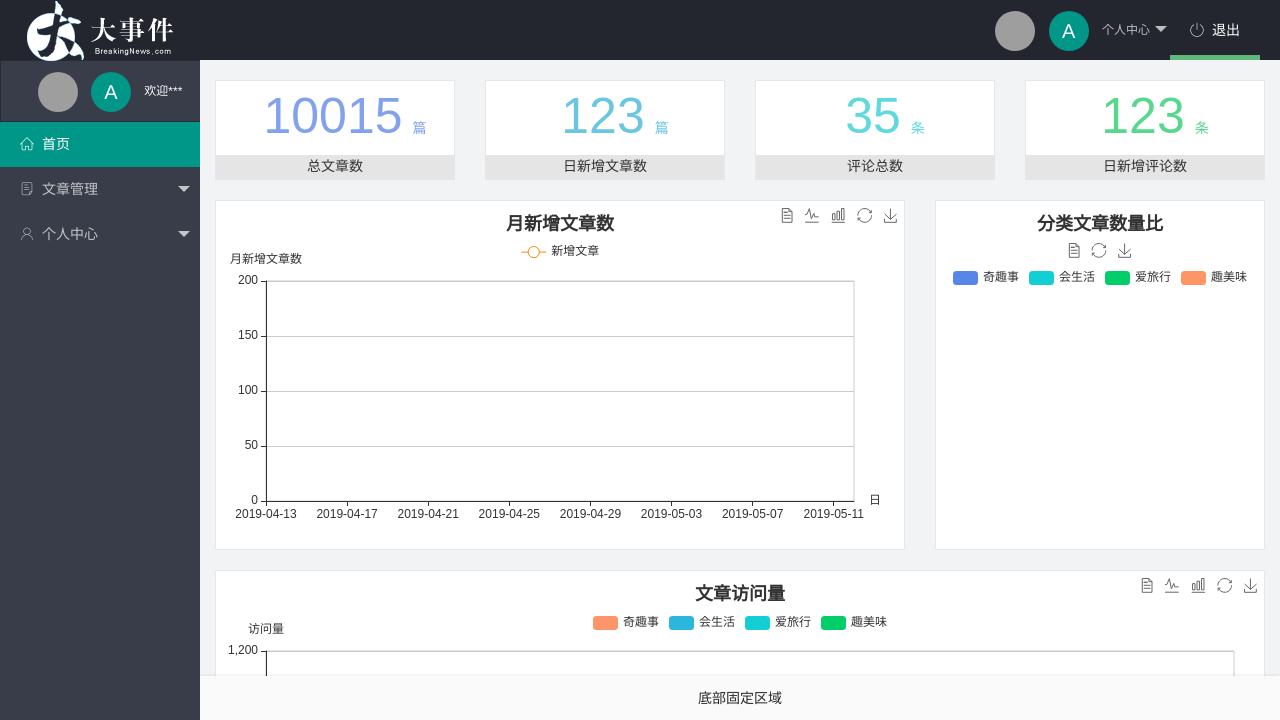
Repository: 1zhoukexin/web_aad
Page: index.html
These files come from the project's save history. The page is drawn as it stood at one moment and after the next save; the edit follows.
The browser window is 1280 px wide. The pictures show the whole page.
After loading, the first visible `#btnLogout` was clicked once.
Pictures or frames that could not be fetched are drawn as grey boxes.

Above is the page before, as saved 2021-04-16 22:02:39.

### index.html
<!DOCTYPE html>
<html>

<head>
    <meta charset="utf-8">
    <meta name="viewport" content="width=device-width, initial-scale=1, maximum-scale=1">
    <title>后台主页</title>
    <link rel="stylesheet" href="/assets/fonts/iconfont.css">
    <link rel="stylesheet" href="./assets/lib/layui/css/layui.css">
    <link rel="stylesheet" href="/assets/css/index.css">


</head>

<body>
    <div class="layui-layout layui-layout-admin">
        <div class="layui-header">
            <div class="layui-logo">
                <img src="/assets/images/logo.png" alt="">
            </div>
            <!-- 头部区域（可配合layui 已有的水平导航） -->

            <ul class="layui-nav layui-layout-right">
                <li class="layui-nav-item">
                    <a href="javascript:;" class="userinfo">
                        <img src="//tva1.sinaimg.cn/crop.0.0.118.118.180/5db11ff4gw1e77d3nqrv8j203b03cweg.jpg" class="layui-nav-img">
                        <span class="text-avatar">A</span> 个人中心
                    </a>
                    <dl class="layui-nav-child">
                        <dd><a href="">基本资料</a></dd>
                        <dd><a href="">更换头像</a></dd>
                        <dd><a href="">重置密码</a></dd>
                    </dl>
                </li>
                <li class="layui-nav-item">
                    <a href="javascript:;" id="btnLogout">
                        <span class="iconfont icon-tuichu"></span>退出</a>
                </li>
            </ul>
        </div>

        <div class="layui-side layui-bg-black">
            <div class="layui-side-scroll">
                <!-- 左侧导航区域（可配合layui已有的垂直导航） -->
                <div class="userinfo">
                    <img src="//tva1.sinaimg.cn/crop.0.0.118.118.180/5db11ff4gw1e77d3nqrv8j203b03cweg.jpg" class="layui-nav-img">
                    <span class="text-avatar">A</span>
                    <span id="welcome">欢迎***</span>
                </div>
                <ul class="layui-nav layui-nav-tree" lay-shrink="all">

                    <li class="layui-nav-item layui-this">
                        <a href="/home/dashboard.html" target="fm">
                            <span class="iconfont icon-home "></span>首页</a>
                    </li>
                    <li class="layui-nav-item">
                        <a class="" href="javascript:;">
                            <span class="iconfont icon-16"></span>文章管理</a>
                        <dl class="layui-nav-child">
                            <dd>
                                <a href="javascript:;">
                                    <i class="layui-icon layui-icon-app"></i> 文章类别</a>
                            </dd>
                            <dd>
                                <a href="javascript:;">
                                    <i class="layui-icon layui-icon-app"></i> 文章列表</a>
                            </dd>
                            <dd>
                                <a href="javascript:;">
                                    <i class="layui-icon layui-icon-app"></i> 发布文章</a>
                            </dd>

                        </dl>
                    </li>
                    <li class="layui-nav-item">
                        <a href="javascript:;">
                            <span class="iconfont icon-user"></span>个人中心</a>
                        <dl class="layui-nav-child">
                            <dd><a href="javascript:;">基本资料</a></dd>
                            <dd><a href="javascript:;">更换头像</a></dd>
                            <dd><a href="javascript:;">重置密码</a></dd>

                        </dl>
                    </li>


                </ul>
            </div>
        </div>

        <div class="layui-body">
            <!-- 内容主体区域 -->
            <iframe name="fm" src="/home/dashboard.html" frameborder="0"></iframe>
        </div>

        <div class="layui-footer">
            <!-- 底部固定区域 -->
            底部固定区域
        </div>
    </div>
    <script src="/assets/lib/layui/layui.js"></script>
    <script src="/assets/lib/jquery.js"></script>
    <script src="/assets/js/baseAPI.js"></script>
    <script src="/assets/js/index.js"></script>
</body>

</html>

### assets/css/index.css
.layui-footer {
    text-align: center;
}

.iconfont {
    margin-right: 8px;
}

.layui-icon {
    margin-right: 8px;
    margin-left: 8px;
}

iframe {
    width: 100%;
    height: 100%;
}

.layui-body {
    overflow: hidden;
}

a {
    transition: none !important;
}

.userinfo {
    height: 60px;
    line-height: 60px;
    text-align: center;
    font-size: 12px;
    user-select: none;
}

.layui-side-scroll .userinfo {
    border: solid 1px #282b33;
}

.layui-nav-img {
    width: 40px;
    height: 40px;
}

.text-avatar {
    display: inline-block;
    width: 40px;
    height: 40px;
    background-color: #009688;
    border-radius: 50%;
    line-height: 40px;
    text-align: center;
    font-size: 20px;
    color: #fff;
    position: relative;
    top: 4px;
    margin-right: 10px;
}

### assets/js/baseAPI.js
$.ajaxPrefilter(function(options) {
    options.url = 'http://ajax.frontend.itheima.net' + options.url
        //统一为有权限的接口 设置头

    if (options.url.indeOf('/my/') !== -1) {
        options.headers = {
            Authorization: localStorage.getItem('token') || ''
        }
    }
})

### assets/js/index.js
$(function() {
    $('#btnLogout').on('click', function() {
        console.log(1);
    })
})



// 获取用户基本信息
function getUserInfo() {
    $.ajax({
        method: 'GET',
        url: '/my/userinfo',
        headers: {
            Authorization: localStorage.getItem('token') || ''
        },
        success: function(res) {
            if (res.status !== 0) {
                return layui.layer.msg('获取用户信息失败')
            }
            renderAvatar(res.data)
        }
    })
}

//渲染用户头像
function renderAvatar(user) {
    var name = user.nickname || user.username
    $('#welcome').html("欢迎&nbsp" + name)
        //按需渲染用户头像
    if (user.user_pic !== null) {
        //渲染图片头像
        $('.layui-nav-img').attr('src', user.user_pic).show()
        $('.text-avatar').hide()
    } else {
        //渲染文本头像
        $('.layui-nav-img').hide()
        var first = name[0].toUpperCase()
        $('.text-avatar').html(first).show()
    }
}

### home/dashboard.html
<!DOCTYPE html>
<html lang="en">

<head>
  <meta charset="UTF-8">
  <meta name="viewport" content="width=device-width, initial-scale=1.0">
  <meta http-equiv="X-UA-Compatible" content="ie=edge">
  <title>图表统计</title>
  <link rel="stylesheet" href="../../assets/lib/bootstrap.css" />
  <link rel="stylesheet" href="../../assets/lib/main.css" />
  <script src="../../assets/lib/jquery.js"></script>
  <script type="text/javascript" src="../../assets/lib/echarts.min.js"></script>
</head>

<body>
  <div class="container-fluid">
    <div class="row spannel_list">
      <div class="col-sm-3 col-xs-6">
        <div class="spannel">
          <em>10015</em><span>篇</span>
          <b>总文章数</b>
        </div>
      </div>
      <div class="col-sm-3 col-xs-6">
        <div class="spannel scolor01">
          <em>123</em><span>篇</span>
          <b>日新增文章数</b>
        </div>
      </div>
      <div class="col-sm-3 col-xs-6">
        <div class="spannel scolor02">
          <em>35</em><span>条</span>
          <b>评论总数</b>
        </div>
      </div>
      <div class="col-sm-3 col-xs-6">
        <div class="spannel scolor03">
          <em>123</em><span>条</span>
          <b>日新增评论数</b>
        </div>
      </div>
    </div>
  </div>

  <div class="container-fluid">
    <div class="row curve-pie">
      <div class="col-lg-8 col-md-8">
        <div class="gragh_pannel" id="curve_show"></div>
      </div>
      <div class="col-lg-4 col-md-4">
        <div class="gragh_pannel" id="pie_show"></div>
      </div>
    </div>
  </div>

  <div class="container-fluid">
    <div class="column_pannel" id="column_show"></div>
  </div>

  <script>
    var oChart = echarts.init(document.getElementById('curve_show'));
    var aList_all = [
      { 'count': 36, 'date': '2019-04-13' },
      { 'count': 52, 'date': '2019-04-14' },
      { 'count': 78, 'date': '2019-04-15' },
      { 'count': 85, 'date': '2019-04-16' },
      { 'count': 65, 'date': '2019-04-17' },
      { 'count': 72, 'date': '2019-04-18' },
      { 'count': 88, 'date': '2019-04-19' },
      { 'count': 64, 'date': '2019-04-20' },
      { 'count': 72, 'date': '2019-04-21' },
      { 'count': 90, 'date': '2019-04-22' },
      { 'count': 96, 'date': '2019-04-23' },
      { 'count': 100, 'date': '2019-04-24' },
      { 'count': 102, 'date': '2019-04-25' },
      { 'count': 110, 'date': '2019-04-26' },
      { 'count': 123, 'date': '2019-04-27' },
      { 'count': 100, 'date': '2019-04-28' },
      { 'count': 132, 'date': '2019-04-29' },
      { 'count': 146, 'date': '2019-04-30' },
      { 'count': 200, 'date': '2019-05-01' },
      { 'count': 180, 'date': '2019-05-02' },
      { 'count': 163, 'date': '2019-05-03' },
      { 'count': 110, 'date': '2019-05-04' },
      { 'count': 80, 'date': '2019-05-05' },
      { 'count': 82, 'date': '2019-05-06' },
      { 'count': 70, 'date': '2019-05-07' },
      { 'count': 65, 'date': '2019-05-08' },
      { 'count': 54, 'date': '2019-05-09' },
      { 'count': 40, 'date': '2019-05-10' },
      { 'count': 45, 'date': '2019-05-11' },
      { 'count': 38, 'date': '2019-05-12' },
    ];

    let aCount = [];
    let aDate = [];

    for (var i = 0; i < aList_all.length; i++) {
      aCount.push(aList_all[i].count);
      aDate.push(aList_all[i].date);
    }

    var chartopt = {
      title: {
        text: '月新增文章数',
        left: 'center',
        top: '10'
      },
      tooltip: {
        trigger: 'axis'
      },
      legend: {
        data: ['新增文章'],
        top: '40'
      },
      toolbox: {
        show: true,
        feature: {
          mark: { show: true },
          dataView: { show: true, readOnly: false },
          magicType: { show: true, type: ['line', 'bar'] },
          restore: { show: true },
          saveAsImage: { show: true }
        }
      },
      calculable: true,
      xAxis: [
        {
          name: '日',
          type: 'category',
          boundaryGap: false,
          data: aDate
        }
      ],
      yAxis: [
        {
          name: '月新增文章数',
          type: 'value'
        }
      ],
      series: [
        {
          name: '新增文章',
          type: 'line',
          smooth: true,
          itemStyle: { normal: { areaStyle: { type: 'default' }, color: '#f80' }, lineStyle: { color: '#f80' } },
          data: aCount
        }],
      areaStyle: {
        normal: {
          color: new echarts.graphic.LinearGradient(0, 0, 0, 1, [{
            offset: 0,
            color: 'rgba(255,136,0,0.39)'
          }, {
            offset: .34,
            color: 'rgba(255,180,0,0.25)'
          }, {
            offset: 1,
            color: 'rgba(255,222,0,0.00)'
          }])

        }
      },
      grid: {
        show: true,
        x: 50,
        x2: 50,
        y: 80,
        height: 220
      }
    };

    oChart.setOption(chartopt);


    var oPie = echarts.init(document.getElementById('pie_show'));
    var oPieopt =
    {
      title: {
        top: 10,
        text: '分类文章数量比',
        x: 'center'
      },
      tooltip: {
        trigger: 'item',
        formatter: "{a} <br/>{b} : {c} ({d}%)"
      },
      color: ['#5885e8', '#13cfd5', '#00ce68', '#ff9565'],
      legend: {
        x: 'center',
        top: 65,
        data: ['奇趣事', '会生活', '爱旅行', '趣美味']
      },
      toolbox: {
        show: true,
        x: 'center',
        top: 35,
        feature: {
          mark: { show: true },
          dataView: { show: true, readOnly: false },
          magicType: {
            show: true,
            type: ['pie', 'funnel'],
            option: {
              funnel: {
                x: '25%',
                width: '50%',
                funnelAlign: 'left',
                max: 1548
              }
            }
          },
          restore: { show: true },
          saveAsImage: { show: true }
        }
      },
      calculable: true,
      series: [
        {
          name: '访问来源',
          type: 'pie',
          radius: ['45%', '60%'],
          center: ['50%', '65%'],
          data: [
            { value: 300, name: '奇趣事' },
            { value: 100, name: '会生活' },
            { value: 260, name: '爱旅行' },
            { value: 180, name: '趣美味' }
          ]
        }
      ]
    };
    oPie.setOption(oPieopt);



    var oColumn = this.echarts.init(document.getElementById('column_show'));
    var oColumnopt =
    {
      title: {
        text: '文章访问量',
        left: 'center',
        top: '10'
      },
      tooltip: {
        trigger: 'axis'
      },
      legend: {
        data: ['奇趣事', '会生活', '爱旅行', '趣美味'],
        top: '40'
      },
      toolbox: {
        show: true,
        feature: {
          mark: { show: true },
          dataView: { show: true, readOnly: false },
          magicType: { show: true, type: ['line', 'bar'] },
          restore: { show: true },
          saveAsImage: { show: true }
        }
      },
      calculable: true,
      xAxis: [
        {
          type: 'category',
          data: ['1月', '2月', '3月', '4月', '5月']
        }
      ],
      yAxis: [
        {
          name: '访问量',
          type: 'value'
        }
      ],
      series: [
        {
          name: '奇趣事',
          type: 'bar',
          barWidth: 20,
          itemStyle: {
            normal: { areaStyle: { type: 'default' }, color: '#fd956a' }
          },
          data: [800, 708, 920, 1090, 1200]
        },
        {
          name: '会生活',
          type: 'bar',
          barWidth: 20,
          itemStyle: {
            normal: { areaStyle: { type: 'default' }, color: '#2bb6db' }
          },
          data: [400, 468, 520, 690, 800]
        },
        {
          name: '爱旅行',
          type: 'bar',
          barWidth: 20,
          itemStyle: {
            normal: { areaStyle: { type: 'default' }, color: '#13cfd5' }
          },
          data: [500, 668, 520, 790, 900]
        },
        {
          name: '趣美味',
          type: 'bar',
          barWidth: 20,
          itemStyle: {
            normal: { areaStyle: { type: 'default' }, color: '#00ce68' }
          },
          data: [600, 508, 720, 890, 1000]
        }
      ],
      grid: {
        show: true,
        x: 50,
        x2: 30,
        y: 80,
        height: 260
      },
      dataZoom: [//给x轴设置滚动条
        {
          start: 0,//默认为0
          end: 100 - 1000 / 31,//默认为100
          type: 'slider',
          show: true,
          xAxisIndex: [0],
          handleSize: 0,//滑动条的 左右2个滑动条的大小
          height: 8,//组件高度
          left: 45, //左边的距离
          right: 50,//右边的距离
          bottom: 26,//右边的距离
          handleColor: '#ddd',//h滑动图标的颜色
          handleStyle: {
            borderColor: "#cacaca",
            borderWidth: "1",
            shadowBlur: 2,
            background: "#ddd",
            shadowColor: "#ddd",
          }
        }]
    };
    oColumn.setOption(oColumnopt);
  </script>
</body>

</html>

Loaded but not shown: assets/fonts/iconfont.css (common file); assets/lib/layui/css/layui.css (library); assets/lib/layui/layui.js (library); assets/lib/jquery.js (library); assets/lib/bootstrap.css (library); assets/lib/main.css (library); assets/lib/echarts.min.js (library); assets/lib/layui/css/modules/laydate/default/laydate.css (library); assets/lib/layui/css/modules/layer/default/layer.css (library); assets/lib/layui/css/modules/code.css (common file)

After the next save:
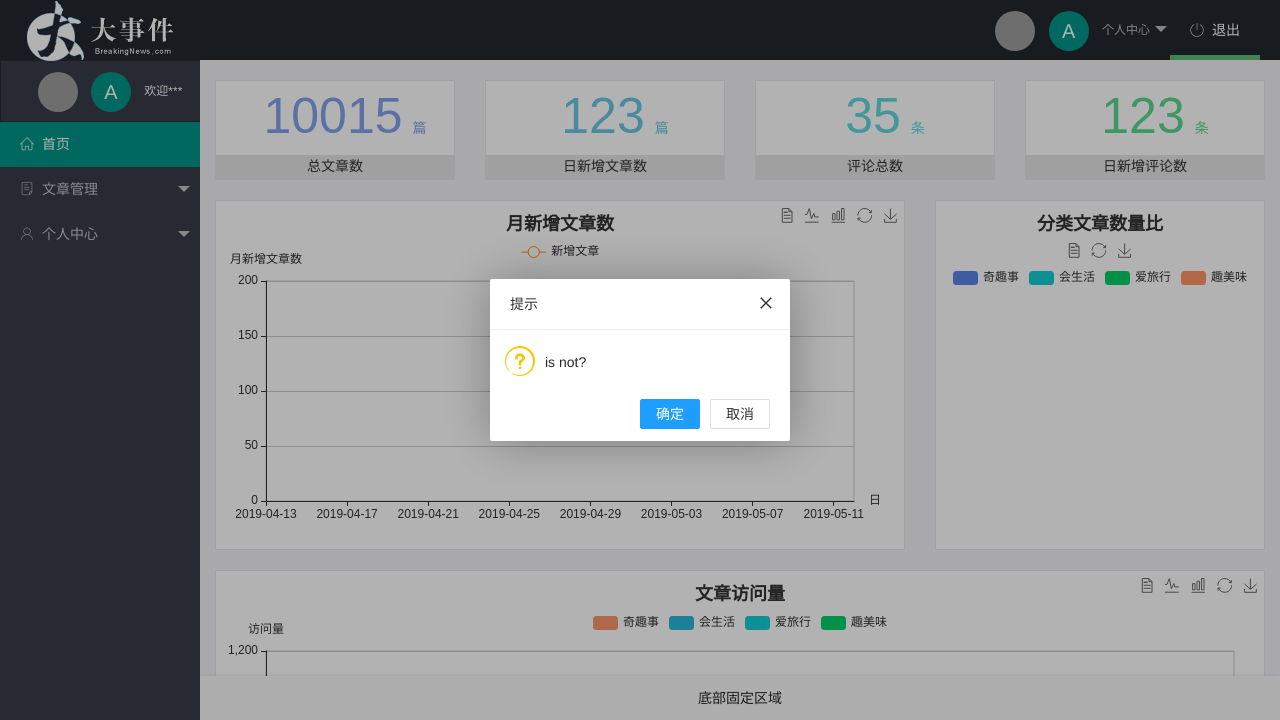
Saved 2 min 58 s later.
--- a/assets/js/index.js
+++ b/assets/js/index.js
@@ -1,6 +1,12 @@
 $(function() {
     $('#btnLogout').on('click', function() {
-        console.log(1);
+
+        layui.layer.confirm('is not?', { icon: 3, title: '提示' }, function(index) {
+            //do something
+
+            layer.close(index);
+        });
+
     })
 })
 
